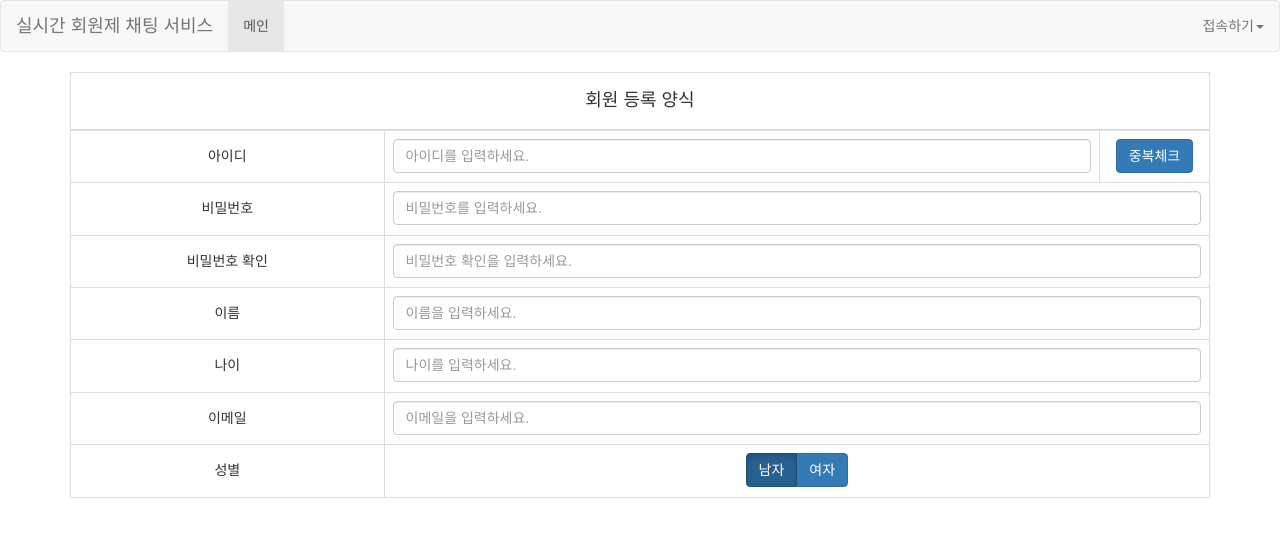
Repository: pojh5090/membership
Page: http://localhost/UserChat/join.jsp
These files come from the project's save history. The page is drawn as it stood at one moment and after the next save; the edit follows.
The browser window is 1280 px wide. The pictures show the whole page.
Some web libraries are served in a nearby version. The page is served by Tomcat 9. Nobody is signed in. The application's start-up code is not run.

Above is the page before, as saved 2020-03-25 05:52:16.

After the next save:
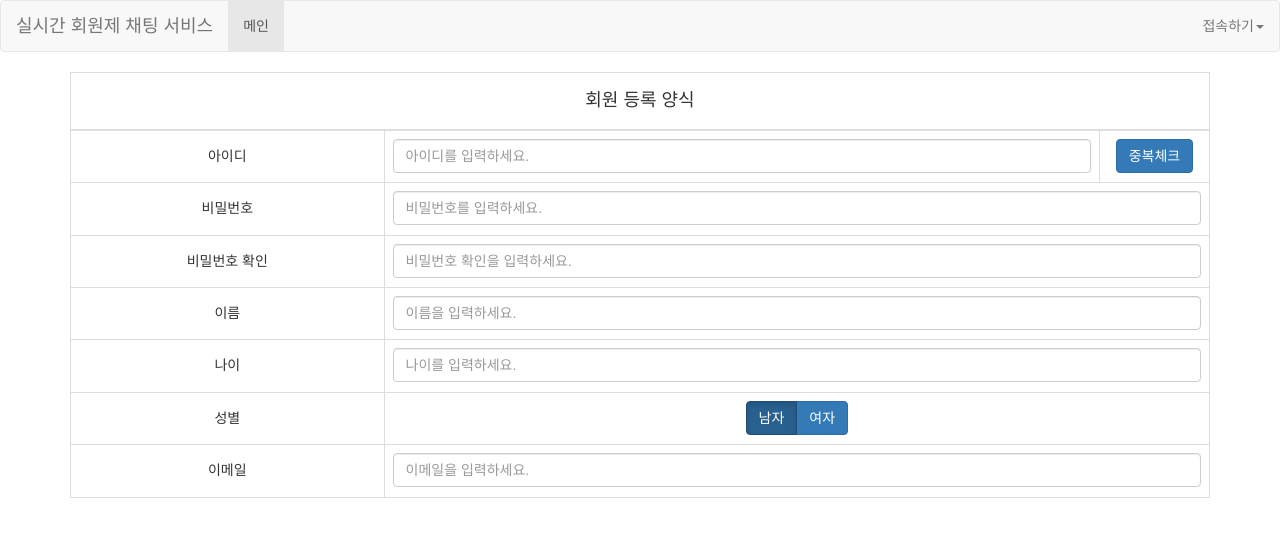
Saved 2 min 35 s later.
--- a/UserChat/WebContent/join.jsp
+++ b/UserChat/WebContent/join.jsp
@@ -95,10 +95,6 @@
 							<td colspan="2"><input class="form-control" id="userAge" type="number" name="userAge" maxlength="20" placeholder="나이를 입력하세요."></td>
 						</tr>
 						<tr>
-							<td sytle="width: 110px;"><h5>이메일</h5>
-							<td colspan="2"><input class="form-control" id="userEmail" type="email" name="userEmail" maxlength="20" placeholder="이메일을 입력하세요."></td>
-						</tr>
-						<tr>
 							<td sytle="width: 110px;"><h5>성별</h5>
 							<td colspan="2">
 								<div class="form-group" style="text-align: center; margin: 0 auto;">
@@ -110,11 +106,16 @@
 											<input type="radio" name="userGender" autocomplete="off" value="여자">여자
 										</label>
 									</div>
+								</div>
 							</td>
 						</tr>
+						<tr>
+							<td sytle="width: 110px;"><h5>이메일</h5>
+							<td colspan="2"><input class="form-control" id="userEmail" type="email" name="userEmail" maxlength="20" placeholder="이메일을 입력하세요."></td>
+						</tr>
 					</tbody>
-
 				</table>
+			</form>
 		</div>
 </body>
 </html>
